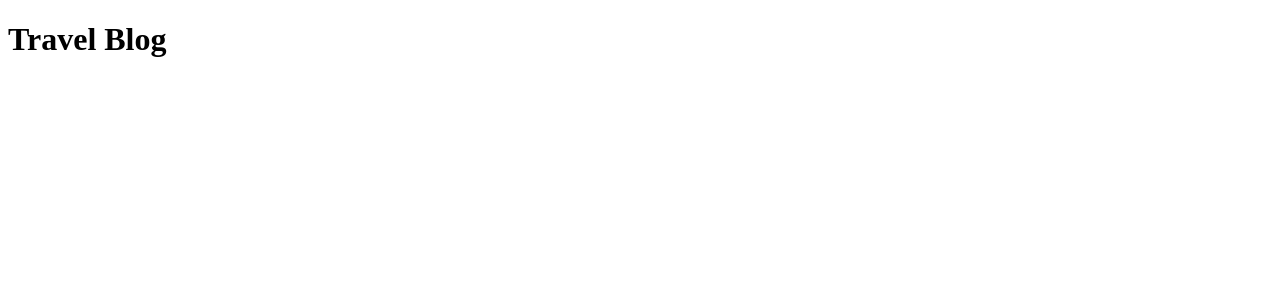
Repository: minimumcamp/CodeJumpTravelBlog
Page: index.html
The author's editor kept a copy of each file at every save. The page is drawn from the files as they stood at one save, then again after the next save.
The browser window is 1280 px wide. The pictures show the whole page.

Above is the page before, as saved 2024-05-19 19:03:18.

After the next save:
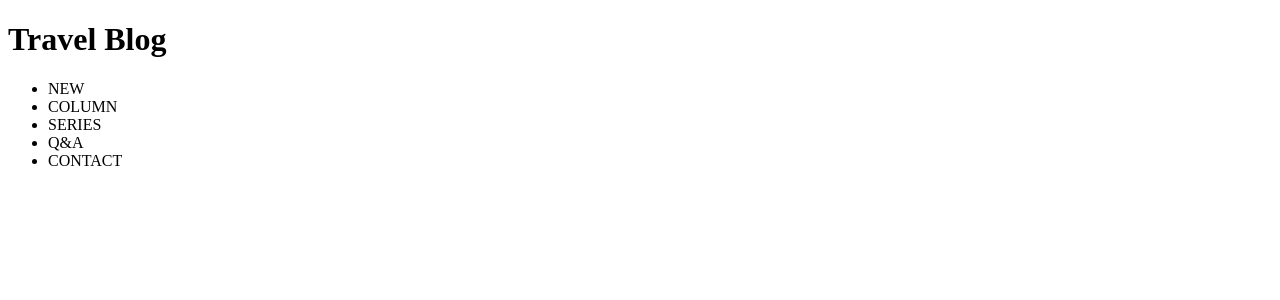
Saved 73 s later.
--- a/index.html
+++ b/index.html
@@ -1,12 +1,24 @@
 <!DOCTYPE html>
 <html lang="js">
+
 <head>
     <meta charset="UTF-8">
     <meta name="viewport" content="width=device-width, initial-scale=1.0">
     <title>Tr Blog</title>
     <link rel="stylesheet" href="style.css">
 </head>
+
 <body>
     <h1>Travel Blog</h1>
+    <section>
+        <ul>
+            <li>NEW</li>
+            <li>COLUMN</li>
+            <li>SERIES</li>
+            <li>Q&A</li>
+            <li>CONTACT</li>
+        </ul>
+    </section>
 </body>
+
 </html>
